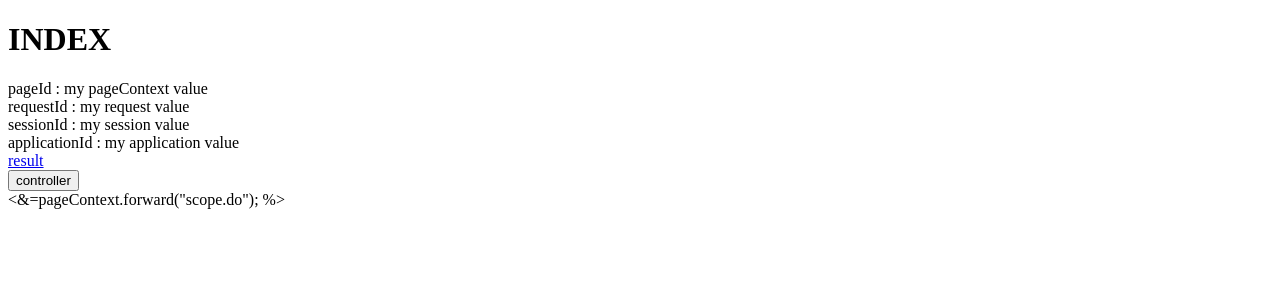
Repository: december-moon/WEB
Page: http://localhost/Jsp06_Scope/
An editor plug-in stored every save of this project. The page is shown before and after the next save, followed by the edit.
The browser window is 1280 px wide. The pictures show the whole page.
The page is served by Tomcat 9.

Above is the page before, as saved 2021-02-24 00:38:50.

After the next save:
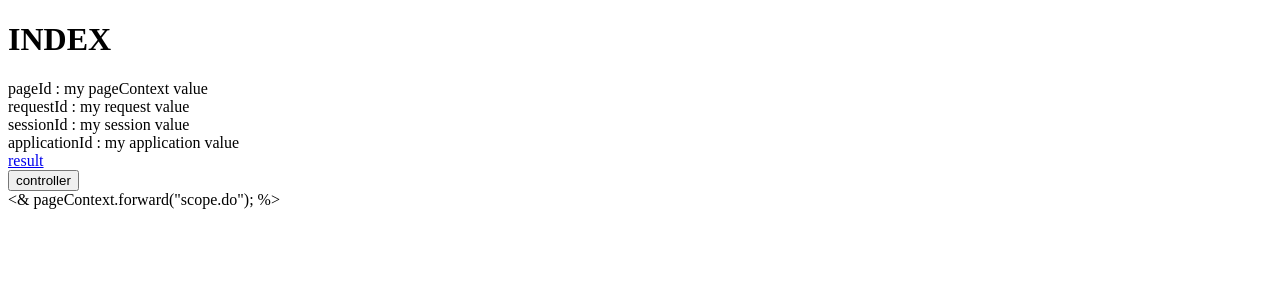
Saved 9 s later.
--- a/Jsp06_Scope/WebContent/index.jsp
+++ b/Jsp06_Scope/WebContent/index.jsp
@@ -30,7 +30,7 @@
 		<input type="submit" value="controller"/>
 	</form>
 
-	<&=pageContext.forward("scope.do"); %>
+	<& pageContext.forward("scope.do"); %>
 
 </body>
 </html>
